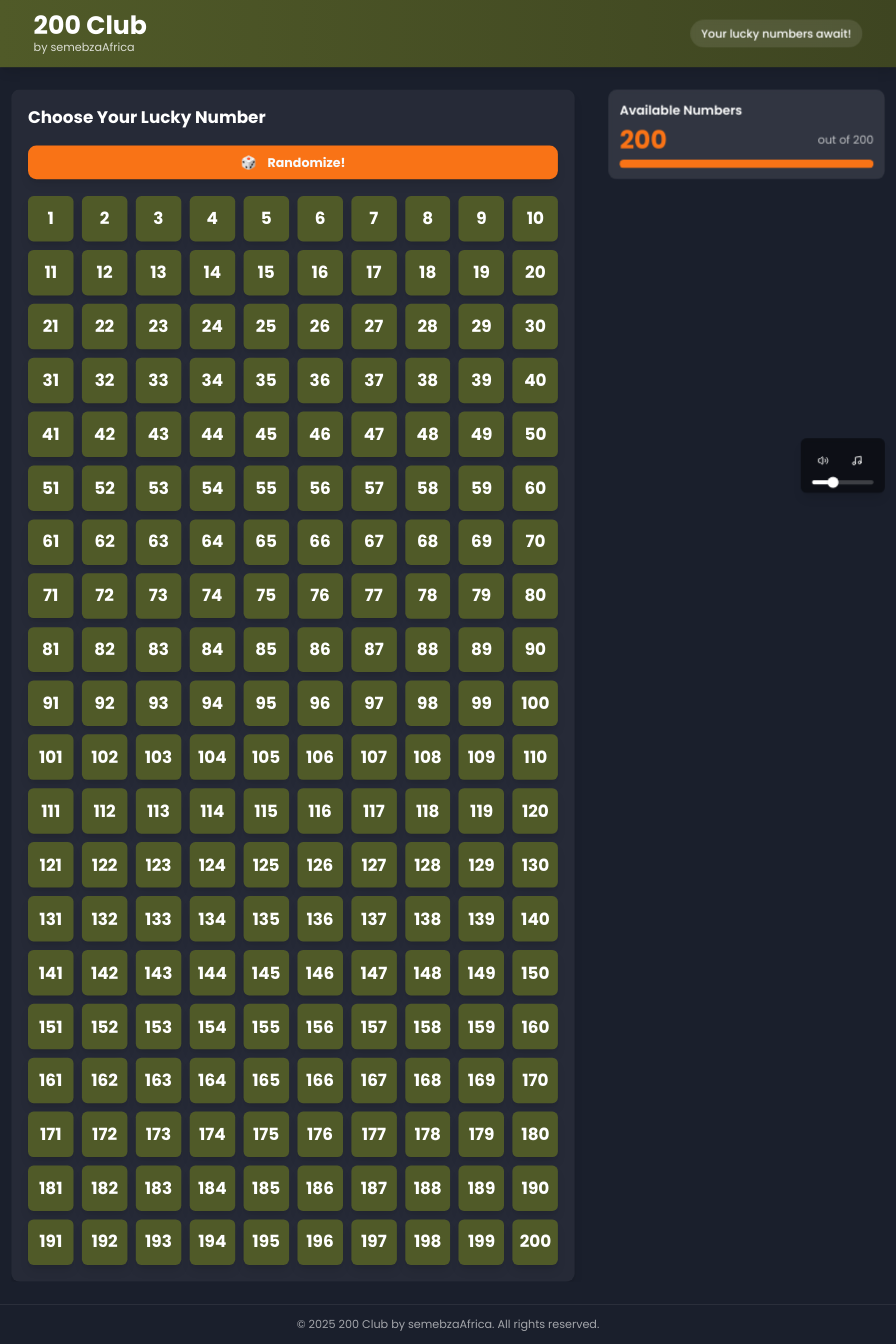
Repository: kaizoku010/200club
Page: /game
These files come from the project's save history. The page is drawn as it stood at one moment and after the next save; the edit follows.
The browser window is 1280 px wide. The pictures show the whole page, at 70% of full size.
An inner scrolling area shows only its first screen. The project was rebuilt for these pictures with package versions that can differ from the ones it lists, and the page was loaded fresh each time. Also part of the build but not shown: vite.config.ts, src/components/ui/tooltip.tsx, src/pages/LandingPage.tsx, src/components/SelectedNumber.tsx, src/components/Cart.tsx, src/components/ui/input.tsx, src/components/ui/radio-group.tsx, src/components/ui/label.tsx and 1 more.

Above is the page before, as saved 2025-05-07 02:33:15.

### index.html
<!DOCTYPE html>
<html lang="en">
  <head>
    <meta charset="UTF-8" />
    <meta name="viewport" content="width=device-width, initial-scale=1.0" />
    <title>lucky-number-arena-buy</title>
    <meta name="description" content="Lovable Generated Project" />
    <meta name="author" content="Lovable" />

    <meta property="og:title" content="lucky-number-arena-buy" />
    <meta property="og:description" content="Lovable Generated Project" />
    <meta property="og:type" content="website" />
    <meta property="og:image" content="https://lovable.dev/opengraph-image-p98pqg.png" />

    <meta name="twitter:card" content="summary_large_image" />
    <meta name="twitter:site" content="@lovable_dev" />
    <meta name="twitter:image" content="https://lovable.dev/opengraph-image-p98pqg.png" />
  </head>

  <body>
    <div id="root"></div>
    <!-- IMPORTANT: DO NOT REMOVE THIS SCRIPT TAG OR THIS VERY COMMENT! -->
    <script src="https://cdn.gpteng.co/gptengineer.js" type="module"></script>
    <script type="module" src="/src/main.tsx"></script>
  </body>
</html>

### src/App.tsx
import { Toaster } from "@/components/ui/toaster";
import { Toaster as Sonner } from "@/components/ui/sonner";
import { TooltipProvider } from "@/components/ui/tooltip";
import { QueryClient, QueryClientProvider } from "@tanstack/react-query";
import { BrowserRouter, Routes, Route, Navigate } from "react-router-dom";
import LandingPage from "./pages/LandingPage";
import GamePage from "./pages/GamePage";
import NotFound from "./pages/NotFound";

const queryClient = new QueryClient();

const App = () => (
  <QueryClientProvider client={queryClient}>
    <TooltipProvider>
      <Toaster />
      <Sonner />
      <BrowserRouter>
        <Routes>
          <Route path="/" element={<LandingPage />} />
          <Route path="/game" element={<GamePage />} />
          {/* Redirect /index to the new game page for backward compatibility */}
          <Route path="/index" element={<Navigate to="/game" replace />} />
          {/* ADD ALL CUSTOM ROUTES ABOVE THE CATCH-ALL "*" ROUTE */}
          <Route path="*" element={<NotFound />} />
        </Routes>
      </BrowserRouter>
    </TooltipProvider>
  </QueryClientProvider>
);

export default App;

### src/components/ui/toaster.tsx
import { useToast } from "@/hooks/use-toast"
import {
  Toast,
  ToastClose,
  ToastDescription,
  ToastProvider,
  ToastTitle,
  ToastViewport,
} from "@/components/ui/toast"

export function Toaster() {
  const { toasts } = useToast()

  return (
    <ToastProvider>
      {toasts.map(function ({ id, title, description, action, ...props }) {
        return (
          <Toast key={id} {...props}>
            <div className="grid gap-1">
              {title && <ToastTitle>{title}</ToastTitle>}
              {description && (
                <ToastDescription>{description}</ToastDescription>
              )}
            </div>
            {action}
            <ToastClose />
          </Toast>
        )
      })}
      <ToastViewport />
    </ToastProvider>
  )
}

### src/components/ui/sonner.tsx
import { useTheme } from "next-themes"
import { Toaster as Sonner, toast } from "sonner"

type ToasterProps = React.ComponentProps<typeof Sonner>

const Toaster = ({ ...props }: ToasterProps) => {
  const { theme = "system" } = useTheme()

  return (
    <Sonner
      theme={theme as ToasterProps["theme"]}
      className="toaster group"
      toastOptions={{
        classNames: {
          toast:
            "group toast group-[.toaster]:bg-background group-[.toaster]:text-foreground group-[.toaster]:border-border group-[.toaster]:shadow-lg",
          description: "group-[.toast]:text-muted-foreground",
          actionButton:
            "group-[.toast]:bg-primary group-[.toast]:text-primary-foreground",
          cancelButton:
            "group-[.toast]:bg-muted group-[.toast]:text-muted-foreground",
        },
      }}
      {...props}
    />
  )
}

export { Toaster, toast }

### src/pages/GamePage.tsx
import React, { useState, useEffect, useRef } from 'react';
import Header from '@/components/Header';
import NumberGrid from '@/components/NumberGrid';
import RandomizeButton from '@/components/RandomizeButton';
import SelectedNumber, { MobilePurchaseButton } from '@/components/SelectedNumber';
import Cart from '@/components/Cart';
import CheckoutModal from '@/components/CheckoutModal';
import AvailableCounter from '@/components/AvailableCounter';
import SoundControls from '@/components/SoundControls';
import {
  getAvailableNumbers,
  getPurchasedNumbers,
  getCartItems,
  addToCart,
  removeFromCart,
  purchaseNumbers,
  sendConfirmationEmail
} from '@/services/numberService';
import {
  playSound,
  toggleBackgroundMusic,
  isMusicEnabled
} from '@/services/soundService';

const GamePage: React.FC = () => {
  const [availableNumbers, setAvailableNumbers] = useState<number[]>([]);
  const [purchasedNumbers, setPurchasedNumbers] = useState<number[]>([]);
  const [selectedNumber, setSelectedNumber] = useState<number | null>(null);
  const [cartItems, setCartItems] = useState<number[]>([]);
  const [isCheckoutOpen, setIsCheckoutOpen] = useState(false);
  const cartRef = useRef<HTMLDivElement>(null);

  // Load initial data from service
  useEffect(() => {
    setAvailableNumbers(getAvailableNumbers());
    setPurchasedNumbers(getPurchasedNumbers());
    setCartItems(getCartItems());

    // Try to ensure background music is playing
    if (isMusicEnabled()) {
      toggleBackgroundMusic();
      toggleBackgroundMusic();
    }
  }, []);

  // Handle number selection
  const handleNumberSelected = (number: number) => {
    setSelectedNumber(number);
    playSound('select');
  };

  // Handle adding to cart
  const handleAddToCart = () => {
    if (selectedNumber) {
      addToCart(selectedNumber);
      setCartItems([...cartItems, selectedNumber]);
      setSelectedNumber(null);
      playSound('success');

      // Update available numbers
      const updatedAvailable = availableNumbers.filter(num => num !== selectedNumber);
      setAvailableNumbers(updatedAvailable);
    }
  };

  // Handle removing from cart
  const handleRemoveFromCart = (number: number) => {
    removeFromCart(number);
    setCartItems(cartItems.filter(item => item !== number));

    // Add back to available numbers
    setAvailableNumbers([...availableNumbers, number]);
  };

  // Handle checkout
  const handleCheckout = () => {
    if (cartItems.length > 0) {
      setIsCheckoutOpen(true);
    }
  };

  // Handle purchase completion
  const handleCompletePurchase = (email: string) => {
    purchaseNumbers(cartItems, email);
    setPurchasedNumbers([...purchasedNumbers, ...cartItems]);
    setCartItems([]);
    setIsCheckoutOpen(false);
    playSound('purchase');

    // In a real app, this would trigger an email service
    sendConfirmationEmail(email, cartItems);
  };

  return (
    <div className="min-h-screen flex flex-col bg-game-background text-white">
      <Header />

      <main className="flex-grow container mx-auto px-4 py-8">
        <div className="grid grid-cols-1 md:grid-cols-3 gap-8">
          {/* Left column with scrollable content */}
          <div className="md:col-span-2 space-y-8 md:overflow-y-auto md:pr-4">
            <div className="bg-white/5 rounded-xl p-6 shadow-lg">
              <h2 className="text-2xl font-bold mb-6">Choose Your Lucky Number</h2>
              <div className="mb-6">
                <RandomizeButton
                  availableNumbers={availableNumbers}
                  onRandomNumber={handleNumberSelected}
                />
              </div>
              <NumberGrid
                availableNumbers={availableNumbers}
                selectedNumber={selectedNumber}
                purchasedNumbers={purchasedNumbers}
                onNumberSelected={handleNumberSelected}
              />
            </div>
          </div>

          {/* Right column with sticky content */}
          <div className="space-y-6 md:sticky md:top-4 md:self-start">
            <AvailableCounter
              availableCount={availableNumbers.length}
              totalCount={200}
            />

            {selectedNumber && (
              <SelectedNumber
                selectedNumber={selectedNumber}
                onPurchase={handleAddToCart}
                onCancel={() => setSelectedNumber(null)}
              />
            )}

            {cartItems.length > 0 && (
              <div ref={cartRef}>
                <Cart
                  cartItems={cartItems}
                  onRemoveFromCart={handleRemoveFromCart}
                  onPurchase={handleCheckout}
                />
              </div>
            )}
          </div>
        </div>
      </main>

      <footer className="bg-game-background border-t border-white/10 py-4">
        <div className="container mx-auto px-4 text-center text-white/60">
          &copy; {new Date().getFullYear()} 200 Club by semebzaAfrica. All rights reserved.
        </div>
      </footer>

      <CheckoutModal
        isOpen={isCheckoutOpen}
        onClose={() => setIsCheckoutOpen(false)}
        cartItems={cartItems}
        onCompletePurchase={handleCompletePurchase}
      />

      {selectedNumber && (
        <MobilePurchaseButton
          selectedNumber={selectedNumber}
          onPurchase={handleAddToCart}
          cartRef={cartRef}
        />
      )}

      {/* Sound Controls */}
      <SoundControls />
    </div>
  );
};

export default GamePage;

### src/components/ui/button.tsx
import * as React from "react"
import { Slot } from "@radix-ui/react-slot"
import { cva, type VariantProps } from "class-variance-authority"

import { cn } from "@/lib/utils"

const buttonVariants = cva(
  "inline-flex items-center justify-center gap-2 whitespace-nowrap rounded-md text-sm font-medium ring-offset-background transition-colors focus-visible:outline-none focus-visible:ring-2 focus-visible:ring-ring focus-visible:ring-offset-2 disabled:pointer-events-none disabled:opacity-50 [&_svg]:pointer-events-none [&_svg]:size-4 [&_svg]:shrink-0",
  {
    variants: {
      variant: {
        default: "bg-primary text-primary-foreground hover:bg-primary/90",
        destructive:
          "bg-destructive text-destructive-foreground hover:bg-destructive/90",
        outline:
          "border border-input bg-background hover:bg-accent hover:text-accent-foreground",
        secondary:
          "bg-secondary text-secondary-foreground hover:bg-secondary/80",
        ghost: "hover:bg-accent hover:text-accent-foreground",
        link: "text-primary underline-offset-4 hover:underline",
      },
      size: {
        default: "h-10 px-4 py-2",
        sm: "h-9 rounded-md px-3",
        lg: "h-11 rounded-md px-8",
        icon: "h-10 w-10",
      },
    },
    defaultVariants: {
      variant: "default",
      size: "default",
    },
  }
)

export interface ButtonProps
  extends React.ButtonHTMLAttributes<HTMLButtonElement>,
    VariantProps<typeof buttonVariants> {
  asChild?: boolean
}

const Button = React.forwardRef<HTMLButtonElement, ButtonProps>(
  ({ className, variant, size, asChild = false, ...props }, ref) => {
    const Comp = asChild ? Slot : "button"
    return (
      <Comp
        className={cn(buttonVariants({ variant, size, className }))}
        ref={ref}
        {...props}
      />
    )
  }
)
Button.displayName = "Button"

export { Button, buttonVariants }

### src/components/Header.tsx

import React from 'react';
import { useToast } from '@/components/ui/use-toast';

const Header: React.FC = () => {
  return (
    <header className="bg-gradient-to-r from-game-primary to-game-secondary p-4 shadow-lg">
      <div className="container mx-auto flex flex-col md:flex-row items-center justify-between">
        <div className="text-center md:text-left mb-4 md:mb-0">
          <h1 className="text-3xl md:text-4xl font-bold text-white">
            200 Club
          </h1>
          <p className="text-white/80">by semebzaAfrica</p>
        </div>
        <div className="flex items-center space-x-4">
          <div className="bg-white/10 p-2 px-4 rounded-full backdrop-blur-sm">
            <span className="text-white font-medium">Your lucky numbers await!</span>
          </div>
        </div>
      </div>
    </header>
  );
};

export default Header;

### src/components/NumberGrid.tsx

import React from 'react';
import { cn } from '@/lib/utils';
import { playSound } from '@/services/soundService';

interface NumberGridProps {
  availableNumbers: number[];
  selectedNumber: number | null;
  purchasedNumbers: number[];
  onNumberSelected: (number: number) => void;
}

const NumberGrid: React.FC<NumberGridProps> = ({
  availableNumbers,
  selectedNumber,
  purchasedNumbers,
  onNumberSelected
}) => {
  const allNumbers = Array.from({ length: 200 }, (_, i) => i + 1);

  const isNumberAvailable = (num: number) => availableNumbers.includes(num);
  const isNumberPurchased = (num: number) => purchasedNumbers.includes(num);
  const isNumberSelected = (num: number) => selectedNumber === num;

  return (
    <div className="grid grid-cols-5 sm:grid-cols-8 md:grid-cols-10 gap-2 md:gap-3">
      {allNumbers.map(number => (
        <div
          key={number}
          className={cn(
            "number-card animate-scaleIn",
            isNumberPurchased(number) && "purchased",
            isNumberSelected(number) && "selected",
            !isNumberAvailable(number) && !isNumberPurchased(number) && "purchased"
          )}
          style={{ animationDelay: `${number * 5}ms` }}
          onClick={() => {
            if (isNumberAvailable(number) && !isNumberPurchased(number)) {
              onNumberSelected(number);
              // Play select sound
              playSound('select');
            }
          }}
        >
          {number}
        </div>
      ))}
    </div>
  );
};

export default NumberGrid;

### src/components/AvailableCounter.tsx

import React from 'react';

interface AvailableCounterProps {
  availableCount: number;
  totalCount: number;
}

const AvailableCounter: React.FC<AvailableCounterProps> = ({ availableCount, totalCount }) => {
  const percentage = (availableCount / totalCount) * 100;

  return (
    <div className="bg-white/10 backdrop-blur-sm p-4 rounded-xl">
      <h3 className="text-lg font-semibold text-white mb-2">Available Numbers</h3>
      <div className="flex items-center justify-between">
        <div className="text-4xl font-bold text-game-accent animate-fadeIn">
          {availableCount}
        </div>
        <div className="text-white/70">out of {totalCount}</div>
      </div>
      <div className="mt-2 h-3 bg-white/20 rounded-full overflow-hidden">
        <div
          className="h-full bg-game-accent animate-progressBar"
          style={{ width: `${percentage}%` }}
        ></div>
      </div>
    </div>
  );
};

export default AvailableCounter;

### src/components/ui/sound-button.tsx
import React from 'react';
import { Button, ButtonProps } from '@/components/ui/button';
import { playSound, toggleBackgroundMusic, isMusicEnabled } from '@/services/soundService';
import { cn } from '@/lib/utils';

interface SoundButtonProps extends ButtonProps {
  soundEffect?: 'click' | 'select' | 'success' | 'purchase';
  hoverSound?: boolean;
}

const SoundButton = React.forwardRef<HTMLButtonElement, SoundButtonProps>(
  ({ className, soundEffect = 'click', hoverSound = false, onMouseEnter, onClick, ...props }, ref) => {

    const handleMouseEnter = (e: React.MouseEvent<HTMLButtonElement>) => {
      if (hoverSound) {
        playSound('buttonHover');
      }

      if (onMouseEnter) {
        onMouseEnter(e);
      }
    };

    const handleClick = (e: React.MouseEvent<HTMLButtonElement>) => {
      // Play the button sound effect
      playSound(soundEffect);

      // This is a good opportunity to start background music if it's enabled
      // but not playing yet (due to browser autoplay restrictions)
      if (isMusicEnabled()) {
        // Try to start background music now that we have user interaction
        toggleBackgroundMusic();
        toggleBackgroundMusic(); // Toggle twice to ensure it's playing if enabled
      }

      if (onClick) {
        onClick(e);
      }
    };

    return (
      <Button
        ref={ref}
        className={cn(className)}
        onMouseEnter={handleMouseEnter}
        onClick={handleClick}
        {...props}
      />
    );
  }
);

SoundButton.displayName = 'SoundButton';

export { SoundButton };

### src/components/ui/slider.tsx
import * as React from "react"
import * as SliderPrimitive from "@radix-ui/react-slider"

import { cn } from "@/lib/utils"

const Slider = React.forwardRef<
  React.ElementRef<typeof SliderPrimitive.Root>,
  React.ComponentPropsWithoutRef<typeof SliderPrimitive.Root>
>(({ className, ...props }, ref) => (
  <SliderPrimitive.Root
    ref={ref}
    className={cn(
      "relative flex w-full touch-none select-none items-center",
      className
    )}
    {...props}
  >
    <SliderPrimitive.Track className="relative h-1.5 w-full grow overflow-hidden rounded-full bg-white/20">
      <SliderPrimitive.Range className="absolute h-full bg-white" />
    </SliderPrimitive.Track>
    <SliderPrimitive.Thumb className="block h-4 w-4 rounded-full border border-white/50 bg-white shadow transition-colors focus-visible:outline-none focus-visible:ring-1 focus-visible:ring-ring disabled:pointer-events-none disabled:opacity-50" />
  </SliderPrimitive.Root>
))
Slider.displayName = SliderPrimitive.Root.displayName

export { Slider }

Loaded but not shown: src/main.tsx (common file); src/hooks/use-toast.ts (common file); src/lib/utils.ts (common file); src/components/ui/use-toast.ts (common file); src/components/CheckoutModal.tsx (183 lines, source omitted); src/services/soundService.ts (186 lines, source omitted); src/components/ui/toast.tsx (127 lines, source omitted); src/components/SoundControls.tsx (135 lines, source omitted); tailwind.config.ts (151 lines, source omitted); src/components/ui/dialog.tsx (120 lines, source omitted); src/services/numberService.ts (75 lines, source omitted); src/index.css (115 lines, source omitted); src/components/RandomizeButton.tsx (85 lines, source omitted)

After the next save:
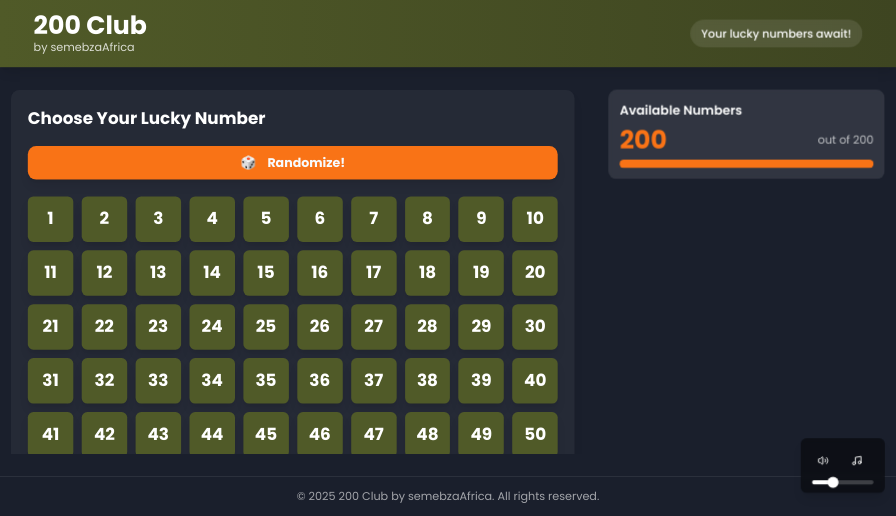
Saved 27 s later.
--- a/src/pages/GamePage.tsx
+++ b/src/pages/GamePage.tsx
@@ -96,9 +96,9 @@
       <Header />
 
       <main className="flex-grow container mx-auto px-4 py-8">
-        <div className="grid grid-cols-1 md:grid-cols-3 gap-8">
+        <div className="grid grid-cols-1 md:grid-cols-3 gap-8 md:relative">
           {/* Left column with scrollable content */}
-          <div className="md:col-span-2 space-y-8 md:overflow-y-auto md:pr-4">
+          <div className="md:col-span-2 space-y-8 md:max-h-[calc(100vh-200px)] md:overflow-y-auto md:pr-4">
             <div className="bg-white/5 rounded-xl p-6 shadow-lg">
               <h2 className="text-2xl font-bold mb-6">Choose Your Lucky Number</h2>
               <div className="mb-6">
@@ -117,7 +117,7 @@
           </div>
 
           {/* Right column with sticky content */}
-          <div className="space-y-6 md:sticky md:top-4 md:self-start">
+          <div className="space-y-6 md:sticky md:top-4 md:h-fit md:self-start">
             <AvailableCounter
               availableCount={availableNumbers.length}
               totalCount={200}

After the save that followed:
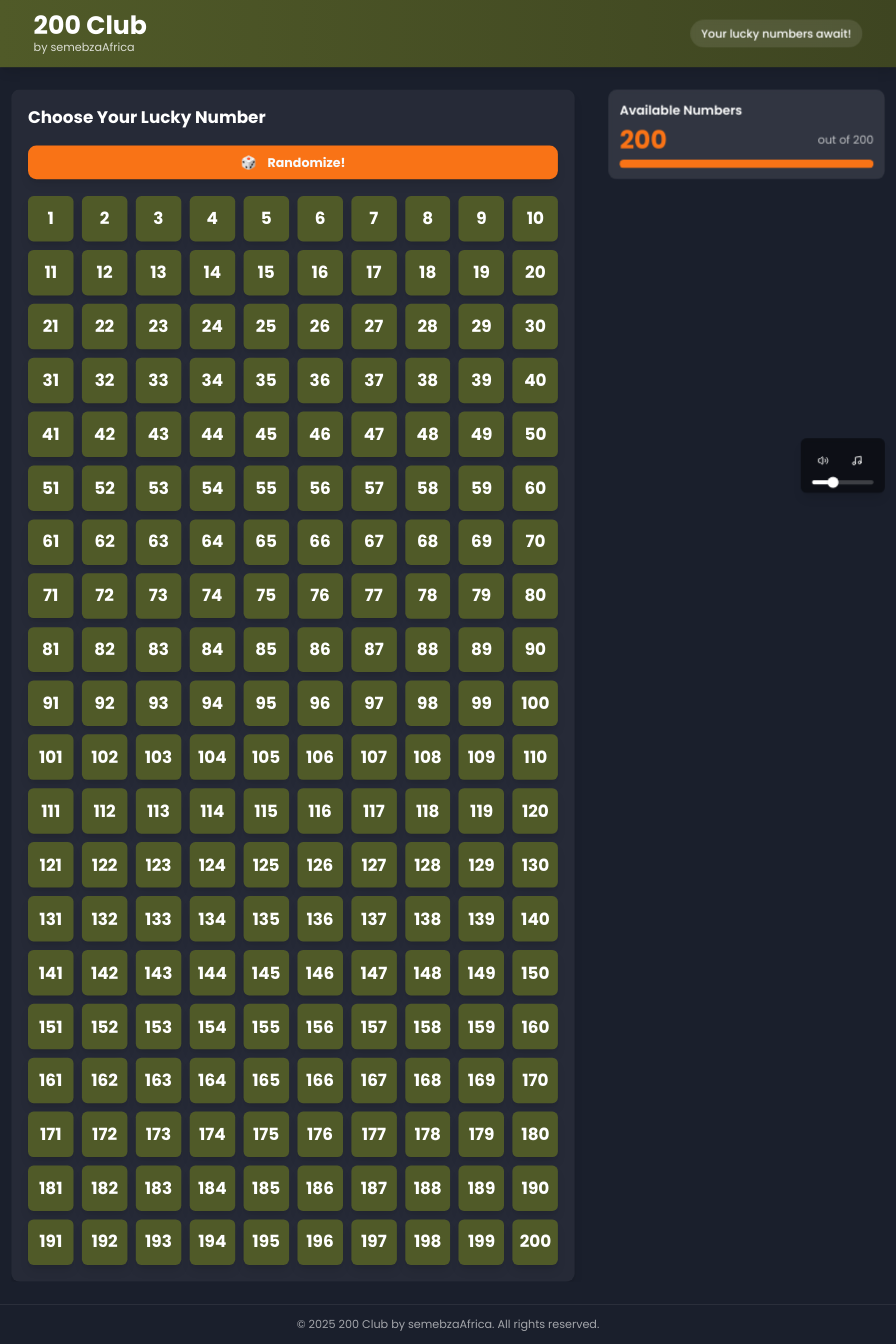
Saved 2 min 49 s later.
--- a/src/pages/GamePage.tsx
+++ b/src/pages/GamePage.tsx
@@ -98,7 +98,7 @@
       <main className="flex-grow container mx-auto px-4 py-8">
         <div className="grid grid-cols-1 md:grid-cols-3 gap-8 md:relative">
           {/* Left column with scrollable content */}
-          <div className="md:col-span-2 space-y-8 md:max-h-[calc(100vh-200px)] md:overflow-y-auto md:pr-4">
+          <div className="md:col-span-2 space-y-8  md:overflow-y-auto md:pr-4">
             <div className="bg-white/5 rounded-xl p-6 shadow-lg">
               <h2 className="text-2xl font-bold mb-6">Choose Your Lucky Number</h2>
               <div className="mb-6">
